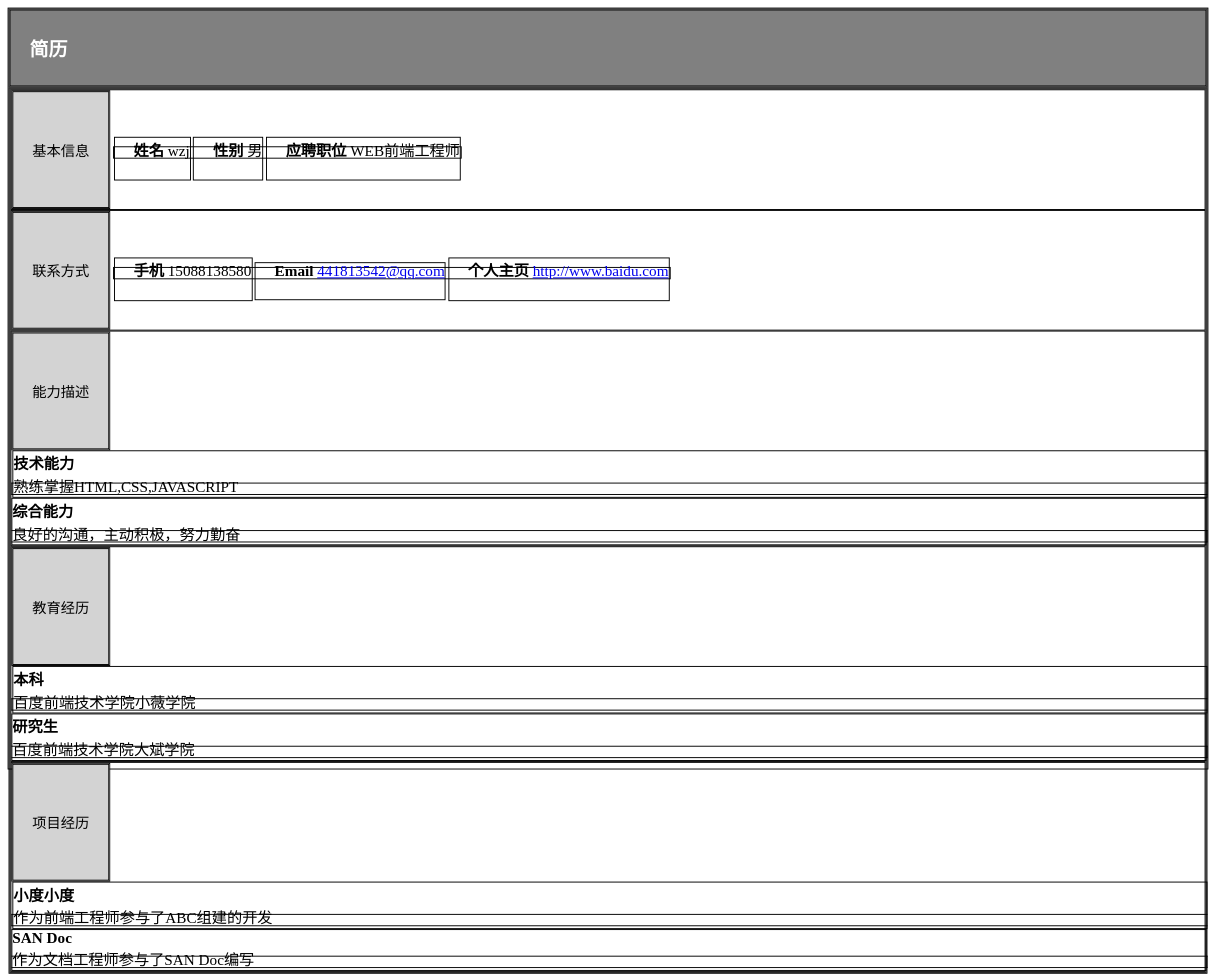
Repository: w441813542/webrecord
Page: day6_day7/jianli.html
The author's editor kept a copy of each file at every save. The page is drawn from the files as they stood at one save, then again after the next save.
The browser window is 1280 px wide. The pictures show the whole page, at 95% of full size.

Above is the page before, as saved 2021-03-09 14:39:58.

After the next save:
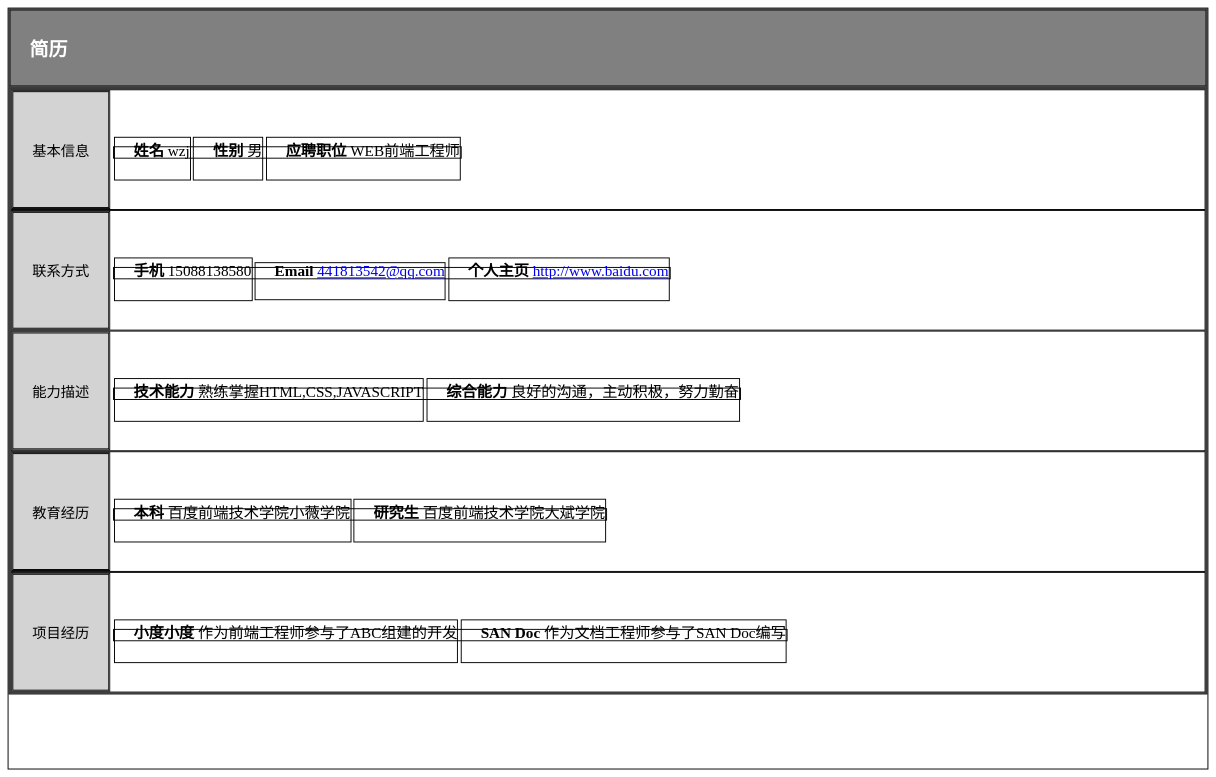
Saved 41 s later.
--- a/day6_day7/style_3.css
+++ b/day6_day7/style_3.css
@@ -55,9 +55,3 @@ div{
       display: block;
       height: 800px;
   }
-
-  .block{
-    padding: 0px;
-    width: 100%;
-    display: inline-block;
-  }
